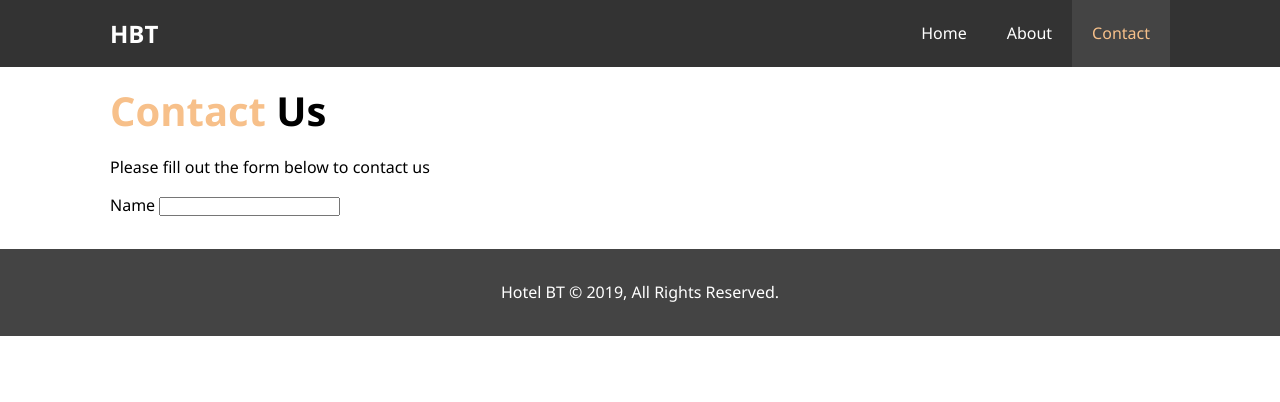
Repository: minhtien9/hotel-website
Page: contact.html
An editor plug-in stored every save of this project. The page is shown before and after the next save, followed by the edit.
The browser window is 1280 px wide. The pictures show the whole page.

Above is the page before, as saved 2021-08-14 18:52:38.

### contact.html
<!DOCTYPE html>
<html lang="en">

<head>
    <meta charset="UTF-8" />
    <meta http-equiv="X-UA-Compatible" content="IE=edge" />
    <meta name="viewport" content="width=device-width, initial-scale=1.0" />
    <meta name="description" content="Welcome to the most extraordinary hotel in Boston Massachusetts" />
    <meta name="keywords" content="hotel, boston hotel, new england hotel" />
    <link rel="stylesheet" href="https://cdnjs.cloudflare.com/ajax/libs/font-awesome/5.15.4/css/all.min.css" integrity="sha512-1ycn6IcaQQ40/MKBW2W4Rhis/DbILU74C1vSrLJxCq57o941Ym01SwNsOMqvEBFlcgUa6xLiPY/NS5R+E6ztJQ==" crossorigin="anonymous" referrerpolicy="no-referrer"
    />
    <link rel="stylesheet" href="css/style.css" />
    <title>Hotel BT | Contact</title>
</head>

<body>
    <header>
        <nav id="navbar">
            <div class="container">
                <h1 class="logo">
                    <a href="index.html"></a> HBT</h1>
                <ul>
                    <li><a href="index.html">Home</a></li>
                    <li><a href="about.html">About</a></li>
                    <li><a class="current" href="contact.html">Contact</a></li>
                </ul>
            </div>
        </nav>
    </header>
    <section id="contact-form" class="py-3">
        <div class="container">
            <h1 class="l-heading"><span class="text-primary">Contact</span> Us</h1>
            <p>Please fill out the form below to contact us</p>
            <form action="process.php">
                <div class="form-group">
                    <label for="name">Name</label>
                    <input type="text" name="name" id="name" />
                </div>
            </form>
        </div>
    </section>
    <footer id="main-footer">
        <p>Hotel BT &copy; 2019, All Rights Reserved.</p>
    </footer>
</body>

</html>

### css/style.css
/* Reset */

* {
    margin: 0;
    padding: 0;
    box-sizing: border-box;
}


/* Main Styling */

html,
body {
    font-family: 'Segoe UI', Tahoma, Geneva, Verdana, sans-serif;
    line-height: 1.7em;
}

a {
    color: #333;
    text-decoration: none;
}

h1,
h2,
h3 {
    padding-bottom: 20px;
}

p {
    margin: 10px 0;
}


/* Utility Classes */

.container {
    margin: auto;
    max-width: 1100px;
    overflow: auto;
    padding: 0 20px;
}

.text-primary {
    color: #f7c08a;
}

.lead {
    font-size: 20px;
}

.btn {
    display: inline-block;
    font-size: 18px;
    color: #fff;
    background: #333;
    padding: 13px 20px;
    border: none;
    cursor: pointer;
}

.btn:hover {
    background: #f7c08a;
    color: #333;
}

.btn-light {
    background: #f4f4f4;
    color: #333;
}

.bg-dark {
    background: #333;
    color: #fff;
}

.bg-light {
    background: #f4f4f4;
    color: #333;
}

.bg-primary {
    background: #f7c08a;
    color: #333;
}

.clr {
    clear: both;
}

.l-heading {
    font-size: 40px;
}


/* Padding */

.py-1 {
    padding: 10px 0;
}

.py-2 {
    padding: 20px 0;
}

.py-3 {
    padding: 30px 0;
}


/* Navbar */

#navbar {
    background: #333;
    color: #fff;
    overflow: auto;
}

#navbar a {
    color: #fff;
}

#navbar h1 {
    float: left;
    padding-top: 20px;
}

#navbar ul {
    list-style: none;
    float: right;
}

#navbar ul li {
    float: left;
}

#navbar ul li a {
    display: block;
    padding: 20px;
    text-align: center;
}

#navbar ul li a:hover,
#navbar ul li a.current {
    background: #444;
    color: #f7c08a;
}


/* Show case */

#showcase {
    background: url('../img/showcase.jpg') no-repeat center center/cover;
    height: 600px;
}

#showcase .showcase-content {
    color: #fff;
    text-align: center;
    padding-top: 170px;
}

#showcase .showcase-content h1 {
    font-size: 60px;
    line-height: 1.2em;
}

#showcase .showcase-content p {
    padding: bottom 20px;
    line-height: 1.7em;
}


/* Home info */

#home-info {
    height: 400px;
}

#home-info .info-img {
    float: left;
    width: 50%;
    background: url('../img/photo-1.jpg') no-repeat;
    min-height: 100%;
}

#home-info .info-content {
    float: right;
    width: 50%;
    height: 100%;
    text-align: center;
    padding: 50px 30px;
    overflow: hidden;
}

#home-info .info-content p {
    padding-bottom: 30px;
}


/* Features */

.box {
    float: left;
    width: 33.3%;
    padding: 50px;
    text-align: center;
}

.box i {
    margin-bottom: 10px;
}


/* About */

#about-info .info-right {
    float: right;
    width: 50%;
    min-height: 100%;
}

#about-info .info-right img {
    display: block;
    margin: auto;
    width: 70%;
    border-radius: 50%;
}

#about-info .info-left {
    float: left;
    width: 50%;
    min-height: 100%;
}


/* Testimonials */

#testimonials {
    height: 600px;
    background: url('../img/test-bg.jpg') no-repeat center center/cover;
    padding-top: 100px;
}

#testimonials h2 {
    color: #fff;
    text-align: center;
    padding-bottom: 40px;
}

#testimonials .testimonial {
    padding: 20px;
    margin-bottom: 40px;
    border-radius: 5px;
    opacity: 0.9;
}

#testimonials .testimonial img {
    width: 100px;
    float: left;
    margin: -13px 20px 0 0;
    border-radius: 50%;
}


/* Footer */

#main-footer {
    text-align: center;
    background: #444;
    color: #fff;
    padding: 20px;
}

After the next save:
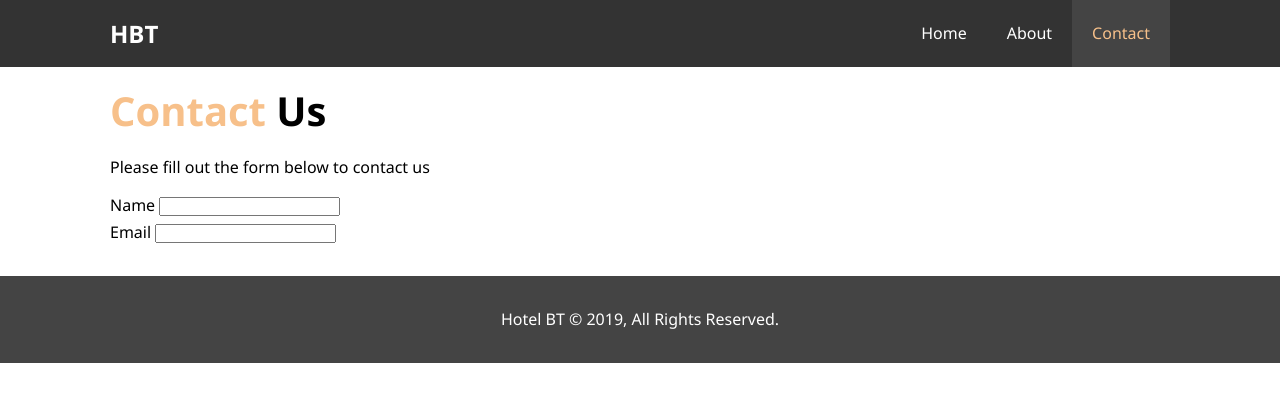
Saved 33 s later.
--- a/contact.html
+++ b/contact.html
@@ -36,6 +36,10 @@
                     <label for="name">Name</label>
                     <input type="text" name="name" id="name" />
                 </div>
+                <div class="form-group">
+                    <label for="email">Email</label>
+                    <input type="email" name="email" id="email" />
+                </div>
             </form>
         </div>
     </section>
